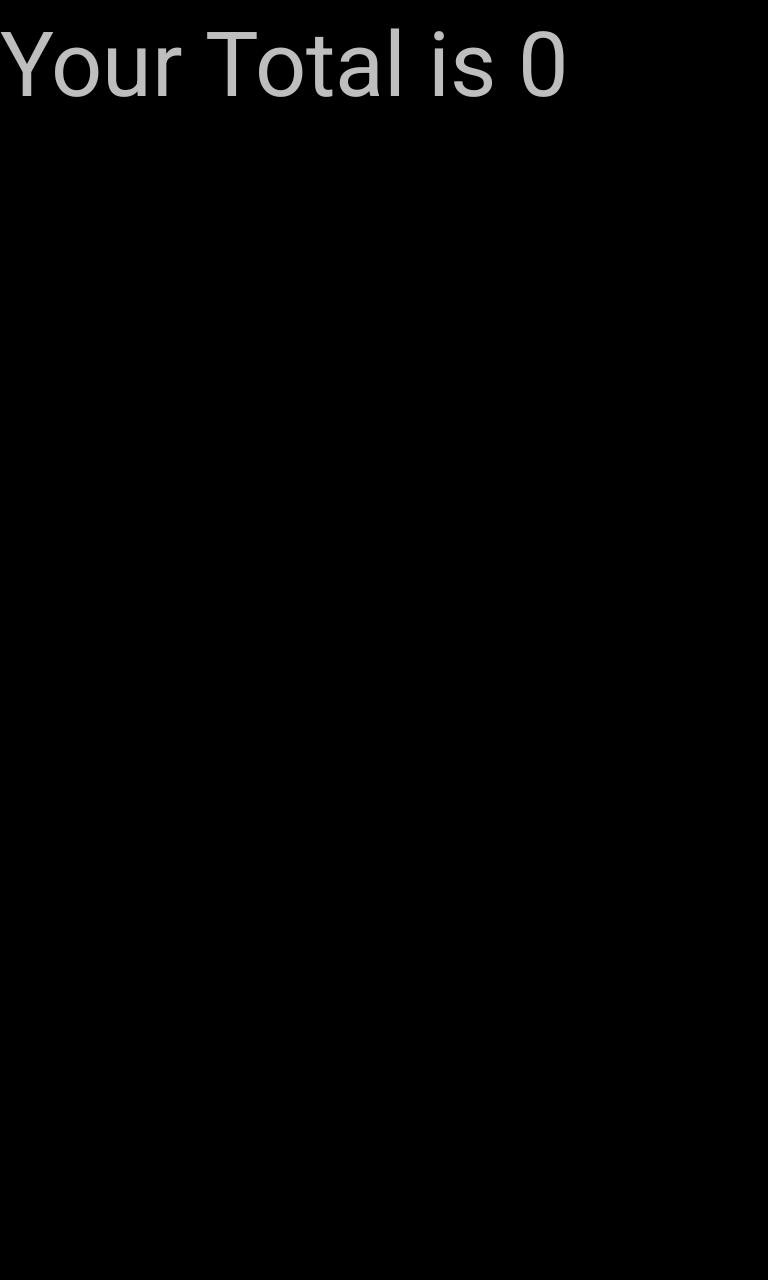
Repository: mcranwill/java_android
Layout: newboston/res/layout/main.xml
An editor plug-in stored every save of this project. The layout is shown before and after the next save, followed by the edit.
It is drawn on a 768 x 1280 px phone screen (xhdpi) without system bars, with theme android:Theme; the app's code is not run.

Above is the layout before, as saved 2012-06-08 03:28:25.

After the next save:
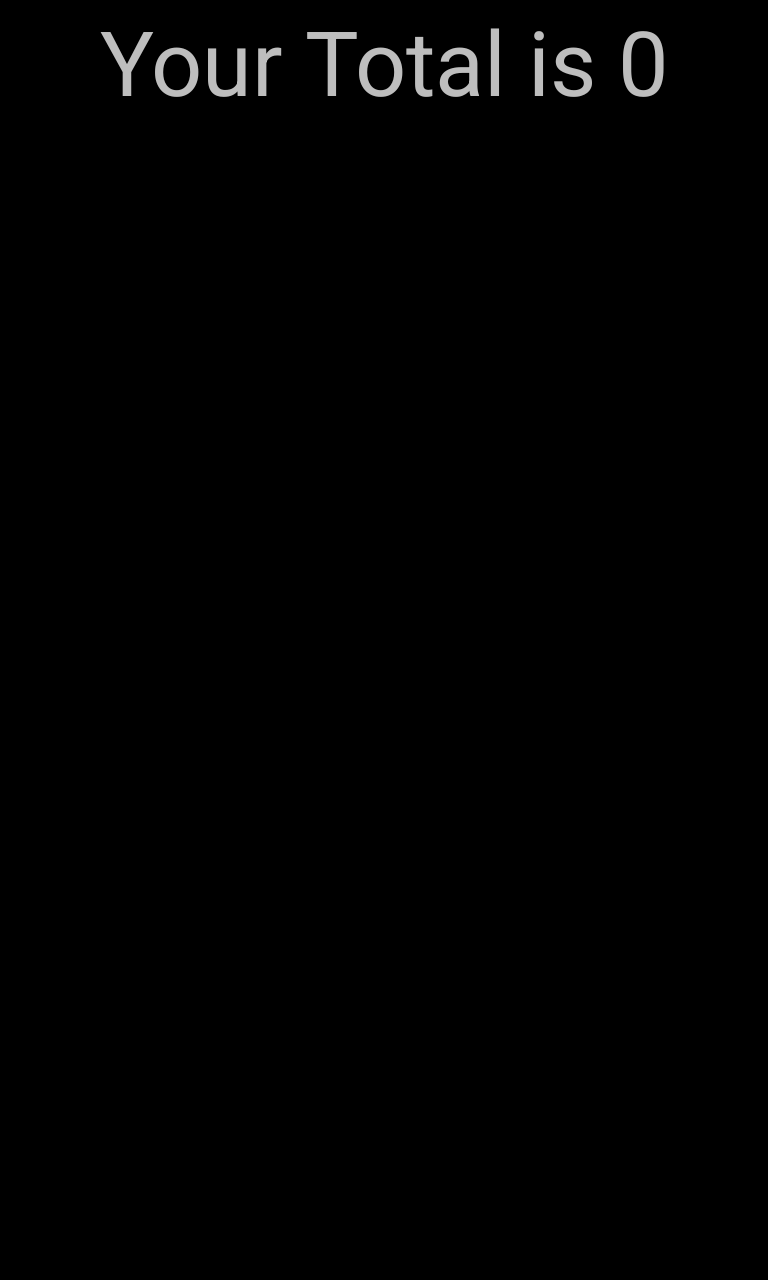
Saved 31 s later.
--- a/newboston/res/layout/main.xml
+++ b/newboston/res/layout/main.xml
@@ -10,6 +10,7 @@
         android:text="Your Total is 0"
         android:textSize="45dp"
         android:layout_gravity="center"
+        android:gravity="center"
         />
 
 </LinearLayout>
